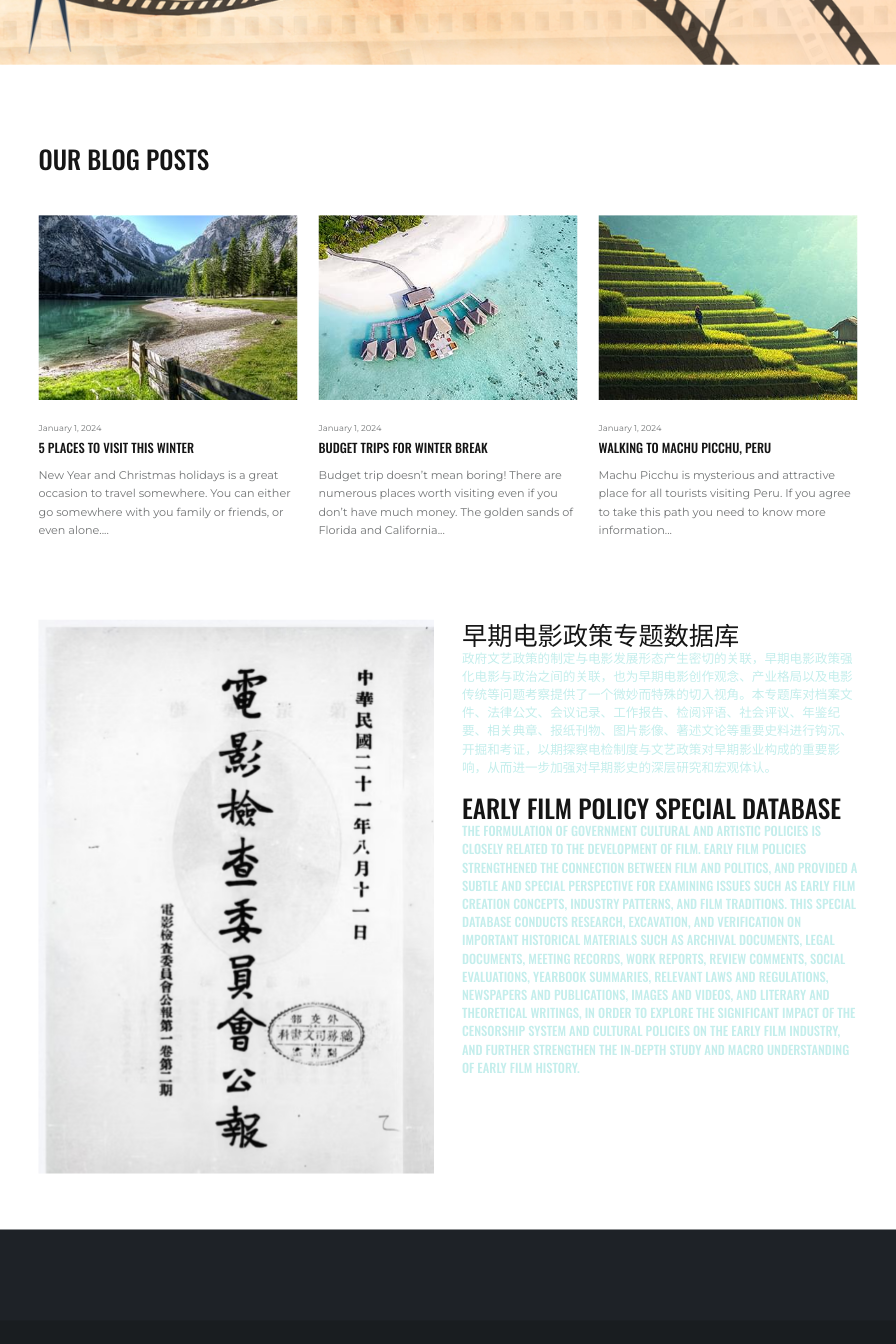
Repository: Jquarker/Modern-Film-Database
Page: index.html
The author's editor kept a copy of each file at every save. The page is drawn from the files as they stood at one save, then again after the next save.
The browser window is 1280 px wide. The pictures show the part of the page from y = 4539 to 6459 px (the page is 6459 px tall), at 70% of full size.

Above is the page before, as saved 2025-02-21 15:58:16.

After the next save:
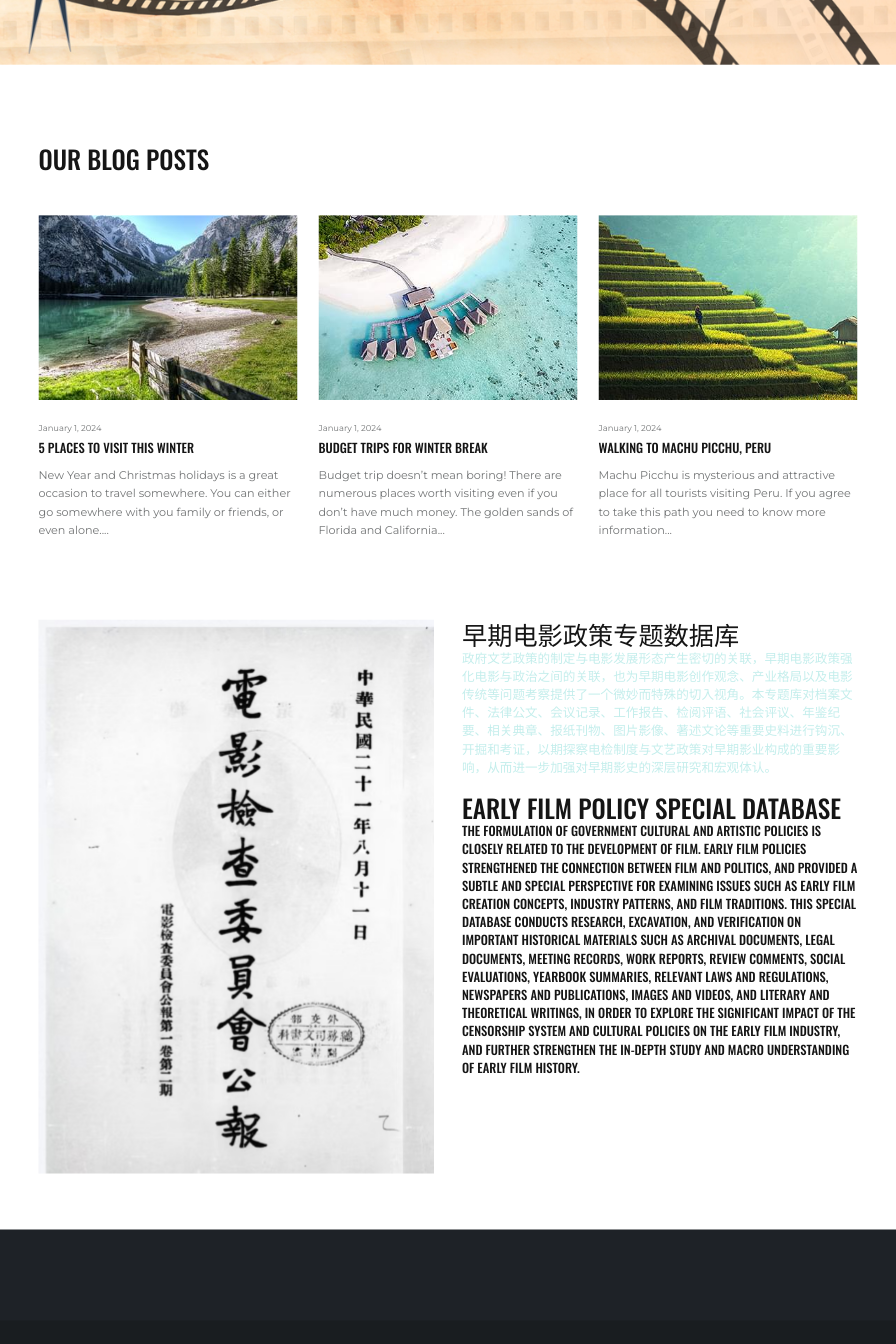
Saved 10 s later.
--- a/index.html
+++ b/index.html
@@ -333,7 +333,7 @@
                 </h5>
                 <br>
                 <h2 class="black-text">Early Film Policy Special Database</h2>
-                <h5 class="text-primary" style="color: black;">
+                <h5>
                   The formulation of government cultural and artistic policies is closely related to the development of film.
                   Early film policies strengthened the connection between film and politics, and provided a subtle and special
                   perspective for examining issues such as early film creation concepts, industry patterns, and film traditions.
